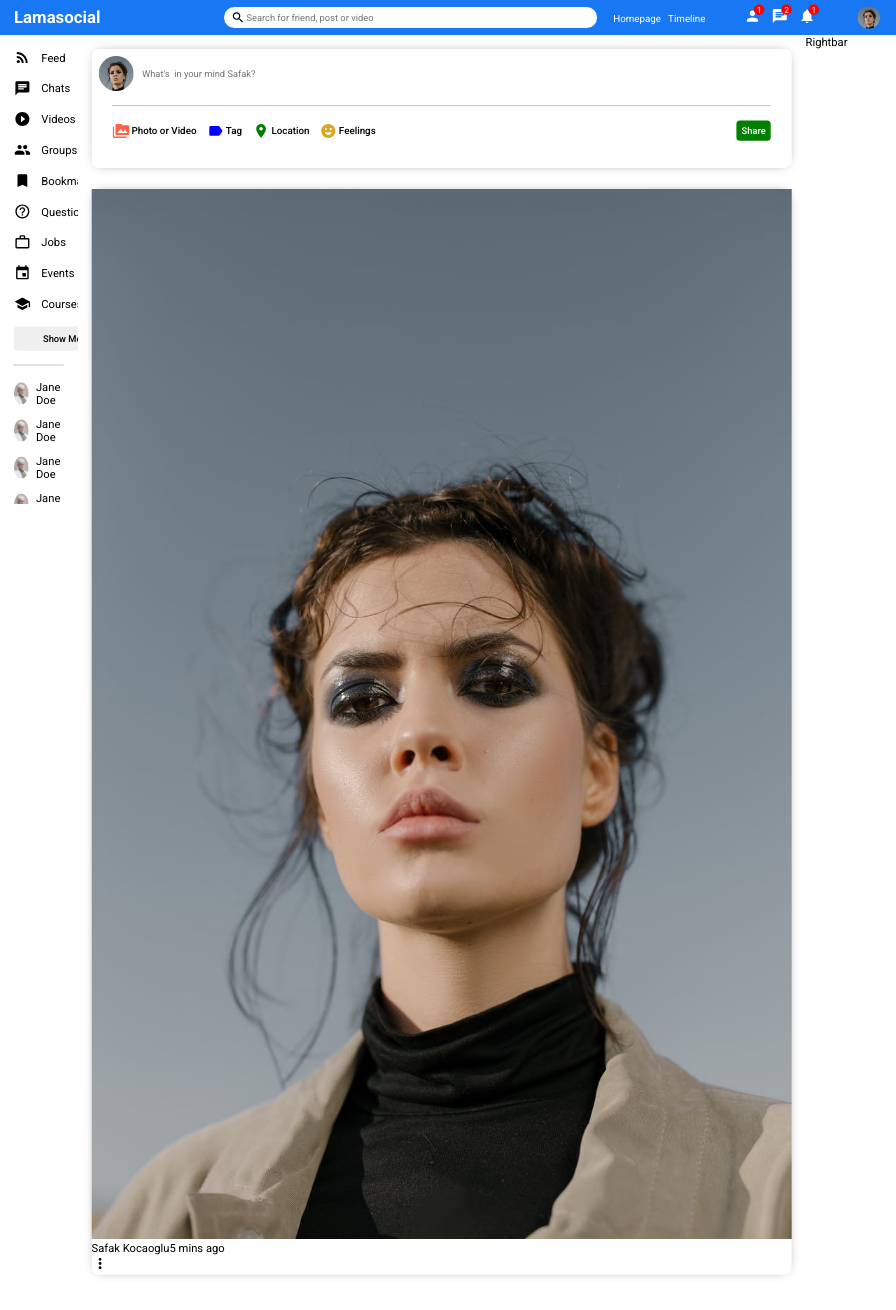
Repository: nazlinres01/react-social
Page: / (app in client/)
An editor plug-in stored every save of this project. The page is shown before and after the next save, followed by the edit.
The browser window is 1280 px wide. The pictures show the whole page, at 70% of full size.
The project was rebuilt for these pictures with package versions that can differ from the ones it lists, and the page was loaded fresh each time.

Above is the page before, as saved 2024-06-12 15:12:18.

### client/public/index.html
<!DOCTYPE html>
<html lang="en">

<head>
  <meta charset="utf-8" />
  <meta name="viewport" content="width=device-width, initial-scale=1" />
  <meta name="description" content="Web site created using create-react-app" />
  <link
    href="https://fonts.googleapis.com/css2?family=Roboto:ital,wght@0,100;0,300;0,400;0,500;0,700;0,900;1,100;1,300;1,400;1,500;1,700;1,900&display=swap"
    rel="stylesheet">
    <link rel="stylesheet" href="style.css">
  <title>Social App</title>
</head>

<body>
  <noscript>You need to enable JavaScript to run this app.</noscript>
  <div id="root"></div>
</body>

</html>

### client/src/App.js
import Home from "./pages/home/Home";

function App() {
  return <Home />
}

export default App;

### client/src/pages/home/Home.jsx
import Feed from "../../components/feed/Feed";
import Rightbar from "../../components/rightbar/Rightbar";
import Sidebar from "../../components/sidebar/Sidebar";
import Topbar from "../../components/topbar/Topbar";
import "./home.css"

export default function Home() {
    return (
        <>
            <Topbar />
            <div className="homeContainer">
                <Sidebar />
                <Feed />
                <Rightbar />

            </div>

        </>
    );
}

### client/src/components/feed/Feed.jsx
import Post from "../post/Post"
import Share from "../share/Share"
import "./feed.css"

export default function Feed() {
    return (
        <div className="feed">
            <div className="feedWrapper">
                <Share />
                <Post />

            </div>
        </div>
    )
}

### client/src/components/rightbar/Rightbar.jsx
import "./rightbar.css"

export default function Rightbar() {
    return (
        <div className="rightbar">
            Rightbar</div>
    )
}

### client/src/components/sidebar/Sidebar.jsx
import "./sidebar.css"
import { Bookmark, Chat, Event, Group, HelpOutline, PlayCircleFilledOutlined, RssFeed, School, WorkOutline } from "@material-ui/icons"

export default function Sidebar() {
    return (
        <div className="sidebar">
            <div className="sidebarWrapper">
                <ul className="sidebarList">
                    <li className="sidebarListItem">
                        <RssFeed className="sidebarIcon" />
                        <span className="sidebarListItemText">Feed</span>
                    </li>
                    <li className="sidebarListItem">
                        <Chat className="sidebarIcon" />
                        <span className="sidebarListItemText">Chats</span>
                    </li>
                    <li className="sidebarListItem">
                        <PlayCircleFilledOutlined className="sidebarIcon" />
                        <span className="sidebarListItemText">Videos</span>
                    </li>
                    <li className="sidebarListItem">
                        <Group className="sidebarIcon" />
                        <span className="sidebarListItemText">Groups</span>
                    </li>
                    <li className="sidebarListItem">
                        <Bookmark className="sidebarIcon" />
                        <span className="sidebarListItemText">Bookmarks</span>
                    </li>
                    <li className="sidebarListItem">
                        <HelpOutline className="sidebarIcon" />
                        <span className="sidebarListItemText">Questions</span>
                    </li>
                    <li className="sidebarListItem">
                        <WorkOutline className="sidebarIcon" />
                        <span className="sidebarListItemText">Jobs</span>
                    </li>
                    <li className="sidebarListItem">
                        <Event className="sidebarIcon" />
                        <span className="sidebarListItemText">Events</span>
                    </li>
                    <li className="sidebarListItem">
                        <School className="sidebarIcon" />
                        <span className="sidebarListItemText">Courses</span>
                    </li>
                </ul>
                <button className="sidebarButton">Show More</button>
                <hr className="sidebarHr" />
                <ul className="sidebarFriendList">
                    <li className="sidebarFriend">
                        <img className="sidebarFriendImg" src="/assets/person/2.jpeg" alt="" />
                        <span className="sidebarFriendName">Jane Doe</span>
                    </li>
                    <li className="sidebarFriend">
                        <img className="sidebarFriendImg" src="/assets/person/2.jpeg" alt="" />
                        <span className="sidebarFriendName">Jane Doe</span>
                    </li>
                    <li className="sidebarFriend">
                        <img className="sidebarFriendImg" src="/assets/person/2.jpeg" alt="" />
                        <span className="sidebarFriendName">Jane Doe</span>
                    </li>
                    <li className="sidebarFriend">
                        <img className="sidebarFriendImg" src="/assets/person/2.jpeg" alt="" />
                        <span className="sidebarFriendName">Jane Doe</span>
                    </li>
                    <li className="sidebarFriend">
                        <img className="sidebarFriendImg" src="/assets/person/2.jpeg" alt="" />
                        <span className="sidebarFriendName">Jane Doe</span>
                    </li>
                    <li className="sidebarFriend">
                        <img className="sidebarFriendImg" src="/assets/person/2.jpeg" alt="" />
                        <span className="sidebarFriendName">Jane Doe</span>
                    </li>
                    <li className="sidebarFriend">
                        <img className="sidebarFriendImg" src="/assets/person/2.jpeg" alt="" />
                        <span className="sidebarFriendName">Jane Doe</span>
                    </li>
                    <li className="sidebarFriend">
                        <img className="sidebarFriendImg" src="/assets/person/2.jpeg" alt="" />
                        <span className="sidebarFriendName">Jane Doe</span>
                    </li>
                    <li className="sidebarFriend">
                        <img className="sidebarFriendImg" src="/assets/person/2.jpeg" alt="" />
                        <span className="sidebarFriendName">Jane Doe</span>
                    </li>
                    <li className="sidebarFriend">
                        <img className="sidebarFriendImg" src="/assets/person/2.jpeg" alt="" />
                        <span className="sidebarFriendName">Jane Doe</span>
                    </li>
                    <li className="sidebarFriend">
                        <img className="sidebarFriendImg" src="/assets/person/2.jpeg" alt="" />
                        <span className="sidebarFriendName">Jane Doe</span>
                    </li>
                    <li className="sidebarFriend">
                        <img className="sidebarFriendImg" src="/assets/person/2.jpeg" alt="" />
                        <span className="sidebarFriendName">Jane Doe</span>
                    </li>
                    <li className="sidebarFriend">
                        <img className="sidebarFriendImg" src="/assets/person/2.jpeg" alt="" />
                        <span className="sidebarFriendName">Jane Doe</span>
                    </li>
                </ul>
            </div>
        </div>
    )
}

### client/src/components/topbar/Topbar.jsx
import "./topbar.css"
import { Search, Person, Chat, Notifications } from "@material-ui/icons"

export default function Topbar() {
  return (
    <div className="topbarContainer">
      <div className="topbarLeft">
        <span className="logo">Lamasocial</span>
      </div>
      <div className="topbarCenter">
        <div className="searchbar">
          <Search className="searchIcon" />
          <input placeholder="Search for friend, post or video" className="searchInput" />
        </div>
      </div>
      <div className="topbarRight">
        <div className="topbarLinks">
          <span className="topbarLink">Homepage</span>
          <span className="topbarLink">Timeline</span>
        </div>
        <div className="topbarIcons">
          <div className="topbarIconItem">
            <Person />
            <span className="topbarIconBadge">1</span>
          </div>
          <div className="topbarIconItem">
            <Chat />
            <span className="topbarIconBadge">2</span>
          </div>
          <div className="topbarIconItem">
            <Notifications />
            <span className="topbarIconBadge">1</span>
          </div>
        </div>
        <img src="/assets/person/1.jpeg" alt="" className="topbarImg" />
      </div>

    </div>
  )
}

### client/src/components/post/Post.jsx
import { MoreVert } from "@material-ui/icons"
import "./post.css"

export default function Post() {
    return (
        <div className="post">
            <div className="postWrapper">
                <div className="postTop">
                    <div className="postTopLeft">
                        <img src="/assets/person/1.jpeg" alt="" className="postProfileImg" />
                        <span className="postUsername">Safak Kocaoglu</span>
                        <span className="postDate">5 mins ago</span>

                    </div>
                    <div className="postTopRight">
                        <MoreVert/>
                    </div>

                </div>
                <div className="postCenter"></div>
                <div className="postBottom"></div>

            </div>

        </div>
    )
}

### client/src/components/share/Share.jsx
import "./share.css";
import { PermMedia, Label, Room, EmojiEmotions } from "@material-ui/icons";

export default function Share() {
    return (
        <div className="share">
            <div className="shareWrapper">
                <div className="shareTop">
                    <img src="/assets/person/1.jpeg" alt="" className="shareProfileImg" />
                    <input placeholder="What's  in your mind Safak?" className="shareInput" />
                </div>
                <hr className="shareHr" />
                <div className="shareBottom">
                    <div className="shareOptions">
                        <div className="shareOption">
                            <PermMedia htmlColor="tomato" className="shareIcon" />
                            <span className="shareOptionText">Photo or Video</span>
                        </div>
                        <div className="shareOption">
                            <Label htmlColor="blue" className="shareIcon" />
                            <span className="shareOptionText">Tag</span>
                        </div>
                        <div className="shareOption">
                            <Room htmlColor="green" className="shareIcon" />
                            <span className="shareOptionText">Location</span>
                        </div>
                        <div className="shareOption">
                            <EmojiEmotions htmlColor="goldenrod" className="shareIcon" />
                            <span className="shareOptionText">Feelings</span>
                        </div>
                    </div>
                    <button className="shareButton">Share</button>
                </div>
            </div>
        </div>
    )
}

### client/src/components/rightbar/rightbar.css
.rightbar {
    flex: 3.5;
}

### client/src/components/sidebar/sidebar.css
.sidebar {
    flex: 3;
    height: calc(100vh - 50px);
    overflow-y: scroll;
}

::-webkit-scrollbar {
    width: 5px;
}

::-webkit-scrolbar-track {
    background-color: #f1f1f1;
}

::-webkit-scrollbar-thumb {
    background-color: rgb(179, 179, 179);
}

.sidebarWrapper {
    padding: 20px;
}

.sidebarList {
    padding: 0;
    margin: 0;
    list-style: none;
}

.sidebarListItem {
    display: flex;
    align-items: center;
    margin-bottom: 20px;
}

.sidebarIcon {
    margin-right: 15px;
}

.sidebarButton {
    width: 150px;
    border: none;
    padding: 10px;
    border-radius: 5px;
    font-weight: 500;
}

.sidebarHr {
    margin: 20px 0;
}

.sidebarFriendList {
    padding: 0;
    margin: 0;
    list-style: none;
}

.sidebarFriend {
    display: flex;
    align-items: center;
    margin-bottom: 15px;
}

.sidebarFriendImg {
    width: 32px;
    height: 32px;
    border-radius: 50%;
    object-fit: cover;
    margin-right: 10px;
}

### client/src/components/topbar/topbar.css
.topbarContainer {
    height: 50px;
    width: 100%;
    background-color: #1877f2;
    display: flex;
    align-items: center;
    position: sticky;
    top: 0;
}

.topbarLeft {
    flex: 3;
}

.logo {
    font-size: 24px;
    margin-left: 20px;
    font-weight: bold;
    color: white;
    cursor: pointer;
}

.topbarCenter {
    flex: 5;
}

.searchbar {
    width: 100%;
    height: 30px;
    background-color: white;
    border-radius: 30px;
    display: flex;
    align-items: center;
}

.searchIcon {
    font-size: 20px !important;
    margin-left: 10px;
}

.searchInput {
    border: none;
    width: 70%;
}

.searchInput:focus {
    outline: none;
}

.topbarRight {
    flex: 4;
    display: flex;
    align-items: center;
    justify-content: space-around;
    color: white;
}

.topbarLink {
    margin-right: 10px;
    font-size: 14px;
    cursor: pointer;
}

.topbarIcons {
    display: flex;
}

.topbarIconItem {
    margin-right: 15px;
    cursor: pointer;
    position: relative;

}

.topbarIconBadge {
    width: 15px;
    height: 15px;
    background-color: red;
    border-radius: 50%;
    color: white;
    position: absolute;
    top: -5px;
    right: -5px;
    display: flex;
    align-items: center;
    justify-content: center;
    font-size: 12px;
}

.topbarImg {
    width: 32px;
    height: 32px;
    border-radius: 50%;
    object-fit: cover;
    cursor: pointer;
}

### client/src/components/post/post.css
.post {
    width: 100%;
    border-radius: 10px;
    -webkit-box-shdow: 0px 0px 16px -8px rgba(0, 0, 0, 0.68);
    box-shadow: 0px 0px 16px -8px rgba(0, 0, 0, 0.68);
    margin: 30px 0;
}

### client/src/components/share/share.css
.share {
    width: 100%;
    height: 170px;
    border-radius: 10px;
    -webkit-box-shdow: 0px 0px 16px -8px rgba(0, 0, 0, 0.68);
    box-shadow: 0px 0px 16px -8px rgba(0, 0, 0, 0.68);
}

.shareWrapper {
    padding: 10px;
}

.shareTop {
    display: flex;
    align-items: center;
}

.shareProfileImg {
    width: 50px;
    height: 50px;
    border-radius: 50%;
    object-fit: cover;
    margin-right: 10px;
}

.shareInput {
    border: none;
    width: 80%;
}

.shareInput:focus {
    outline: none;
}

.shareHr {
    margin: 20px;
}

.shareBottom {
    display: flex;
    align-items: center;
    justify-content: space-between;
}

.shareOptions {
    display: flex;
    margin-left: 20px;
}

.shareOption {
    display: flex;
    align-items: center;
    margin-right: 15px;
    cursor: pointer;
}

.shareIcon {
    font-size: 18px;
    margin-right: 3px
}

.shareOptionText {
    font-size: 14px;
    font-weight: 500;
}

.shareButton {
    border: none;
    padding: 7px;
    border-radius: 5px;
    background-color: green;
    font-weight: 500;
    margin-right: 20px;
    cursor: pointer;
    color: white;
}

Loaded but not shown: client/src/index.js (common file); client/src/pages/home/home.css (common file); client/src/components/feed/feed.css (common file); client/public/style.css (common file)

After the next save:
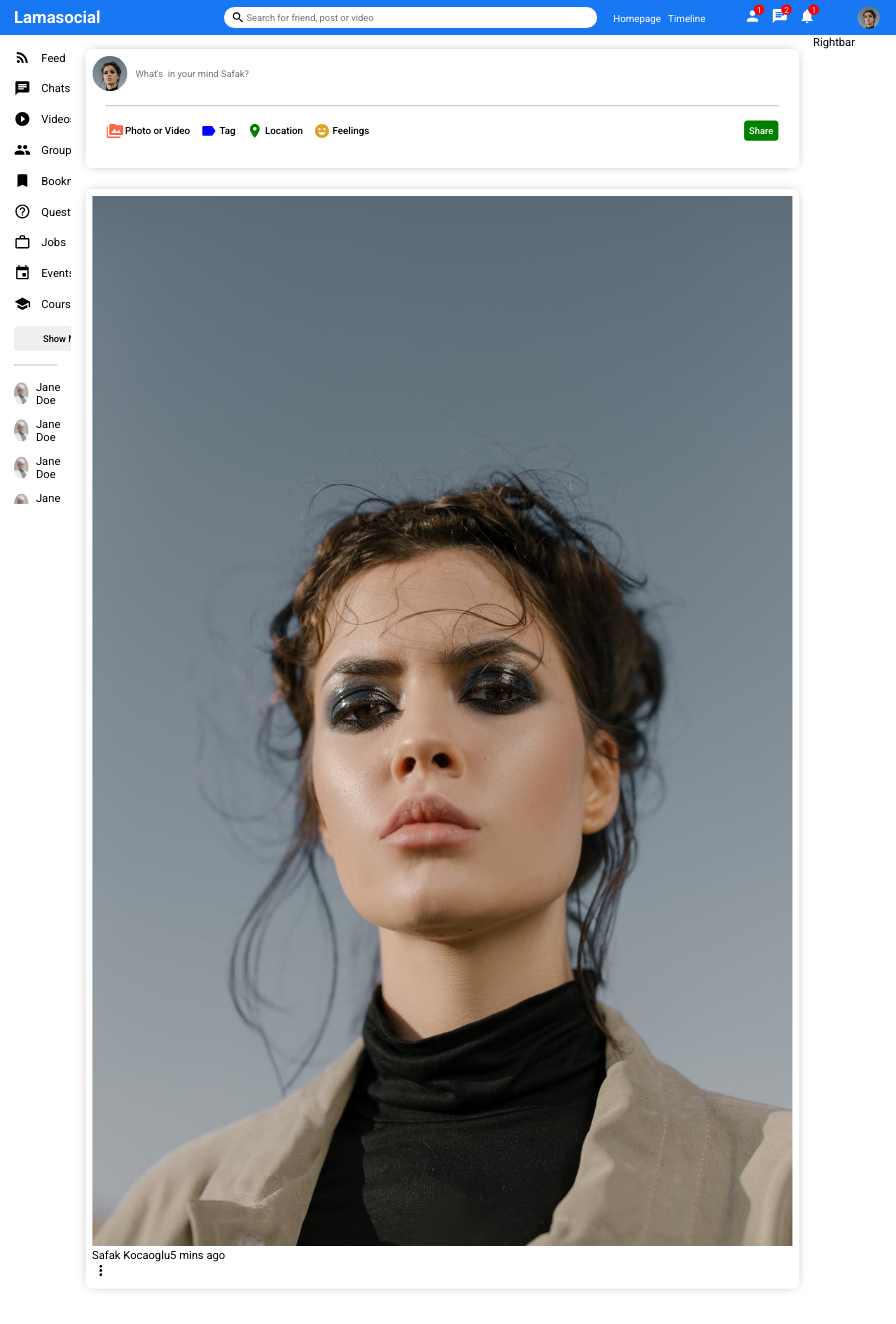
Saved 44 s later.
--- a/client/src/components/post/post.css
+++ b/client/src/components/post/post.css
@@ -5,3 +5,7 @@
     box-shadow: 0px 0px 16px -8px rgba(0, 0, 0, 0.68);
     margin: 30px 0;
 }
+
+.postWrapper {
+    padding: 10px;
+}
